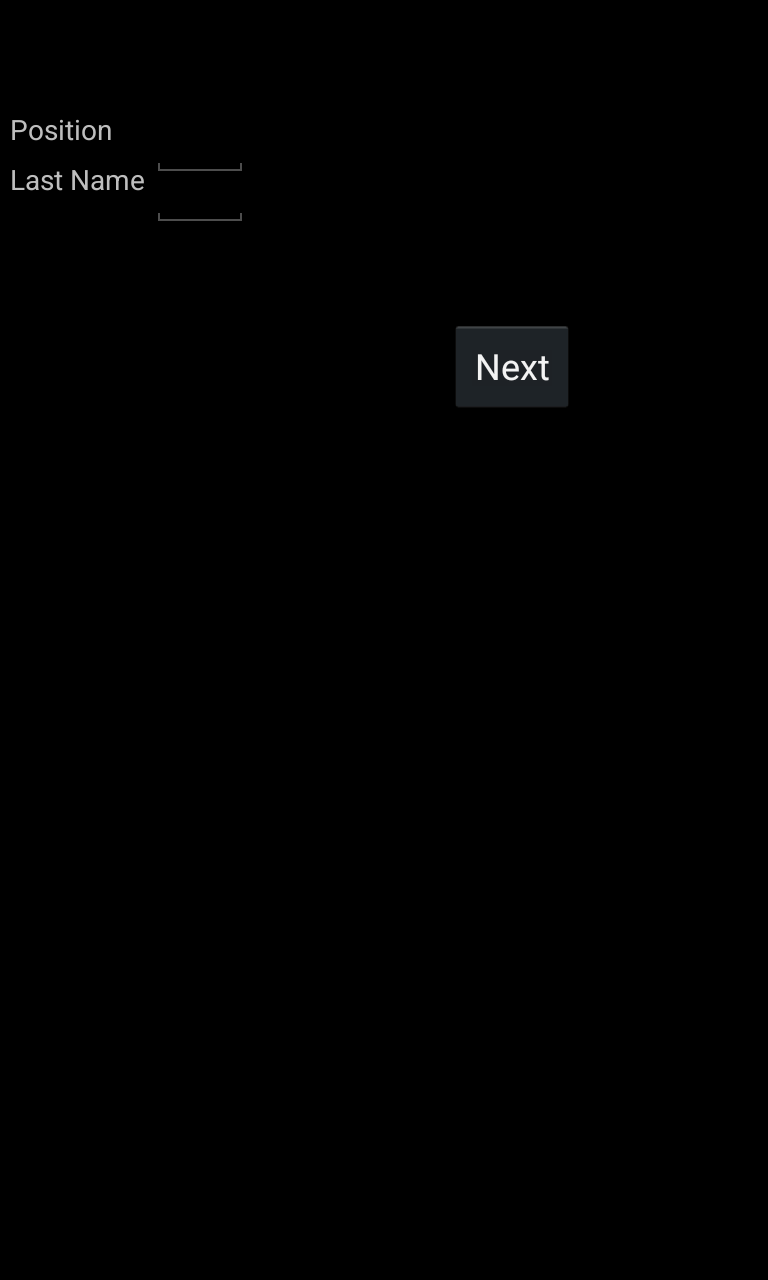
Repository: MobileAffairsLTD/AndroidDemos
Layout: 2.UI_Toast_Alert/res/layout/main.xml
These files come from the project's save history. The layout is drawn as it stood at one moment and after the next save; the edit follows.
It is drawn on a 768 x 1280 px phone screen (xhdpi) without system bars, with theme android:Theme.Holo; the app's code is not run.

Above is the layout before, as saved 2012-04-17 20:35:28.

After the next save:
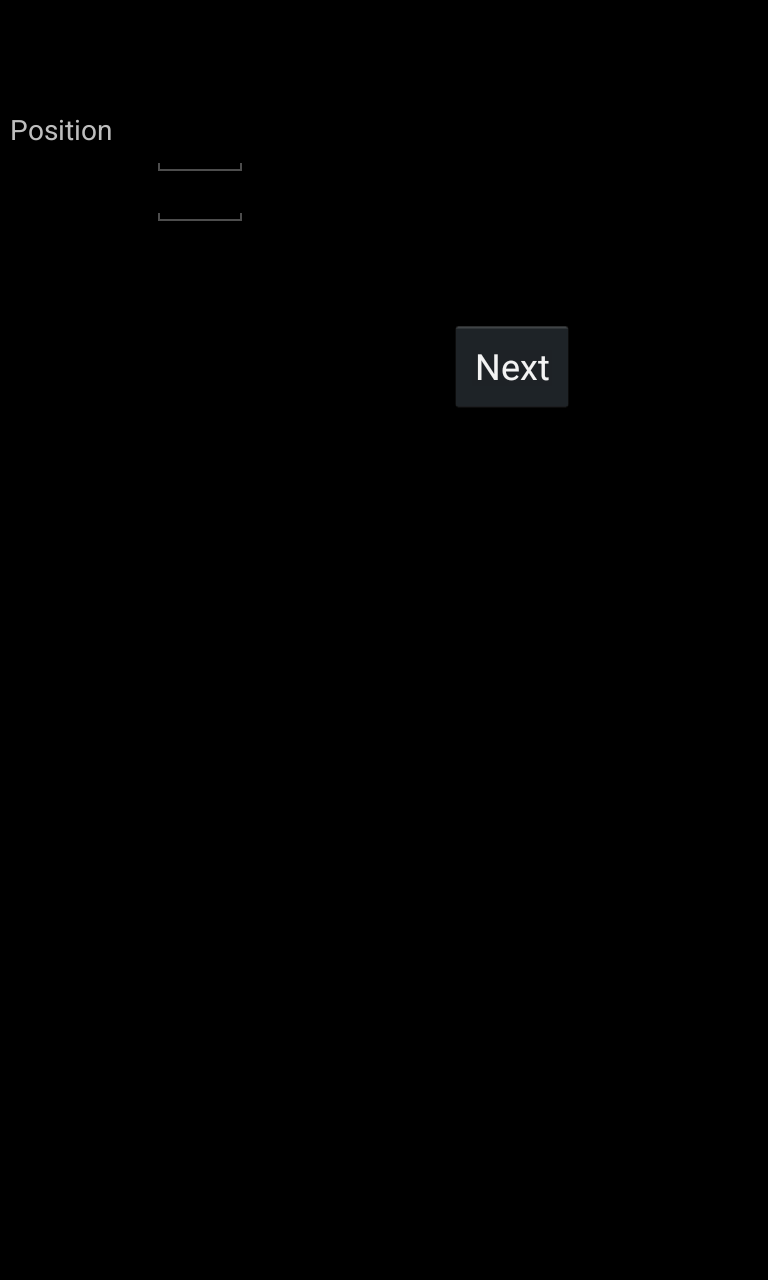
Saved 6 s later.
--- a/2.UI_Toast_Alert/res/layout/main.xml
+++ b/2.UI_Toast_Alert/res/layout/main.xml
@@ -16,7 +16,7 @@
 	    <TextView
 	    	android:layout_x="10px"
 	    	android:layout_y="160px"
-	    	android:text="Last Name"
+	    	android:text=""
 	    	android:layout_width="wrap_content"
 	    	android:layout_height="wrap_content" />
 	    	<EditText
